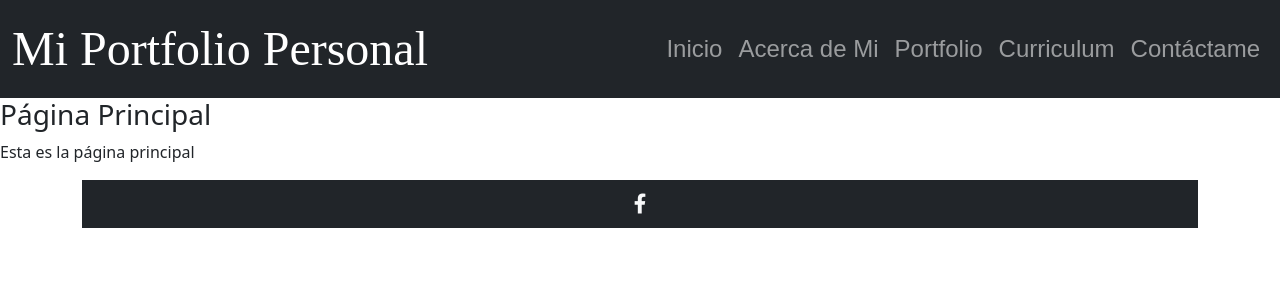
Repository: AlejandroJesusSerrano/portfolio
Page: http://localhost/
The author's editor kept a copy of each file at every save. The page is drawn from the files as they stood at one save, then again after the next save.
The browser window is 1280 px wide. The pictures show the whole page.
Some icons come from a web library that is not loaded, so they are not drawn. Some web fonts or font styles are not loaded; a fallback is used. The page is served by the project's application, run on Django 4.2 (manage.py). Other server files are loaded and not shown.

Above is the page before, as saved 2023-09-05 15:43:57.

### portfolio/core/templates/core/home.html
{% extends 'core/base.html' %}

{% block title %} Inicio {% endblock title %}

{% block content %}
<h3>Página Principal</h3>

<p>Esta es la página principal</p>
{% endblock content %}

### portfolio/core/templates/core/base.html
{% load static %}

<!DOCTYPE html>
<html lang="en">

<head>
  <meta charset="UTF-8">
  <meta name="viewport" content="width=device-width, initial-scale=1.0">
  <link rel="stylesheet" href={% static 'lib/bootstrap-5.2/css/bootstrap.min.css' %}>
  <link rel="stylesheet" href={% static 'lib/fontawesome-6.4.2/css/all.min.css' %}>
  <link rel="stylesheet" href={% static 'css/styles.css' %}>
  <title>Portafolio Personal - {% block title %} {% endblock title %}</title>
</head>

<body>
  <!-- HEADER -->
  <nav class="navbar navbar-expand-lg navbar-dark bg-dark">
    <div class="container-fluid">
      <a class="navbar-brand brand" href={% url 'home' %}>Mi Portfolio Personal</a>
      <button class="navbar-toggler" type="button" data-bs-toggle="collapse" data-bs-target="#navbarNav"
        aria-controls="navbarNav" aria-expanded="false" aria-label="Toggle navigation">
        <span class="navbar-toggler-icon"></span>
      </button>
      <div class="collapse navbar-collapse" id="navbarNav">
        <ul class="navbar-nav nav_menu ms-auto">
          <li class="nav-item">
            <a class="nav-link" aria-current="page" href={% url 'home' %}>Inicio</a>
          </li>
          <li class="nav-item">
            <a class="nav-link" href={% url 'about' %}>Acerca de Mi</a>
          </li>
          <li class="nav-item">
            <a class="nav-link" href={% url 'portfolio' %}>Portfolio</a>
          </li>
          <li class="nav-item">
            <a class="nav-link" href={% url 'curriculum' %}>Curriculum</a>
          </li>
          <li class="nav-item">
            <a class="nav-link" href={% url 'contact' %}>Contáctame</a>
          </li>
        </ul>
      </div>
    </div>
  </nav>

  <!-- CONTENT - Template Tags -->

  {% block content %} {%endblock content%}

  <div class="container mb-0 col-12">
    <footer class="bg-dark text-center text-light">
      <section class="mb-4">
        <div class="container">
          <a class="btn btn-link btn-floating btn-lg text-light" href="#" role="button">
            <i class="fab fa-facebook-f"></i>
          </a>
        </div>
      </section>
    </footer>
  </div>
  <!-- End of .container -->

  <script src={% static 'lib/bootstrap-5.2/js/bootstrap.min.js' %}></script>
  <script src={% static 'lib/fontawesome-6.4.2/js/all.min.js' %}></script>
</body>

</html>

### portfolio/core/views.py
from django.shortcuts import render

# Create your views here.
def home(request):
  return render(request, 'core/home.html')

def about(request):
  return render(request, 'core/about.html')

def portfolio(request):
  return render(request, 'core/portfolio.html')

def curriculum(request):
  return render(request, 'core/curriculum.html')

def contact(request):
  return render(request, 'core/contact.html')

### portfolio/portfolio/urls.py
"""
URL configuration for portfolio project.

The `urlpatterns` list routes URLs to views. For more information please see:
    https://docs.djangoproject.com/en/4.2/topics/http/urls/
Examples:
Function views
    1. Add an import:  from my_app import views
    2. Add a URL to urlpatterns:  path('', views.home, name='home')
Class-based views
    1. Add an import:  from other_app.views import Home
    2. Add a URL to urlpatterns:  path('', Home.as_view(), name='home')
Including another URLconf
    1. Import the include() function: from django.urls import include, path
    2. Add a URL to urlpatterns:  path('blog/', include('blog.urls'))
"""
from django.contrib import admin
from django.urls import path
from core import views

urlpatterns = [
    path('', views.home, name='home'),
    path('about-me/', views.about, name='about'),
    path('contact/', views.contact, name='contact'),
    path('portfolio/', views.portfolio, name='portfolio'),
    path('curriculum/', views.curriculum, name='curriculum'),
    path('admin/', admin.site.urls),
]

### portfolio/static/css/styles.css
@import url("https://fonts.googleapis.com/css2?family=Arima:wght@500;700&family=Average+Sans&family=Mulish:ital,wght@0,400;0,500;0,700;1,400;1,500;1,700&display=swap");

* {
  margin: 0;
  padding: 0;
  box-sizing: border-box;
}

.brand {
  font-family: "Arima", cursive;
  font-size: 3rem;
}

.nav_menu {
  font-family: "Average Sans", sans-serif;
  font-size: 1.5rem;
}

Loaded but not shown: portfolio/static/lib/bootstrap-5.2/css/bootstrap.min.css (library); portfolio/static/lib/fontawesome-6.4.2/css/all.min.css (library); portfolio/static/lib/bootstrap-5.2/js/bootstrap.min.js (library)

After the next save:
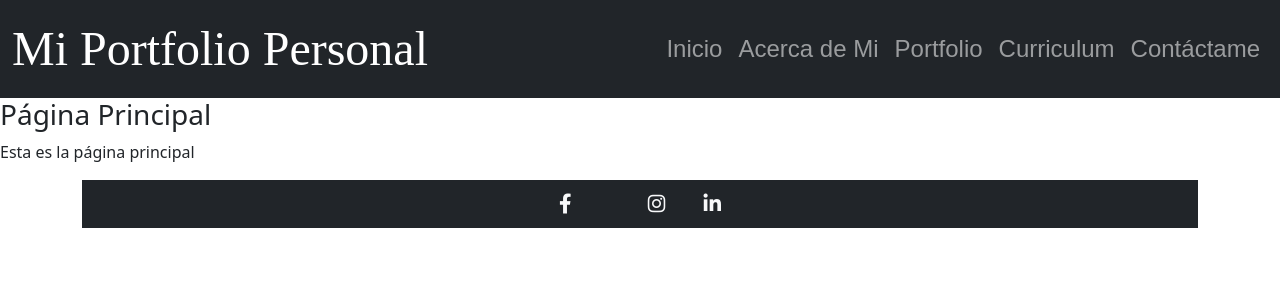
Saved 74 s later.
--- a/portfolio/core/templates/core/base.html
+++ b/portfolio/core/templates/core/base.html
@@ -54,6 +54,15 @@
           <a class="btn btn-link btn-floating btn-lg text-light" href="#" role="button">
             <i class="fab fa-facebook-f"></i>
           </a>
+          <a class="btn btn-link btn-floating btn-lg text-light" href="#" role="button">
+            <i class="fab fa-twitter-f"></i>
+          </a>
+          <a class="btn btn-link btn-floating btn-lg text-light" href="#" role="button">
+            <i class="fab fa-instagram"></i>
+          </a>
+          <a class="btn btn-link btn-floating btn-lg text-light" href="#" role="button">
+            <i class="fab fa-linkedin-in"></i>
+          </a>
         </div>
       </section>
     </footer>
